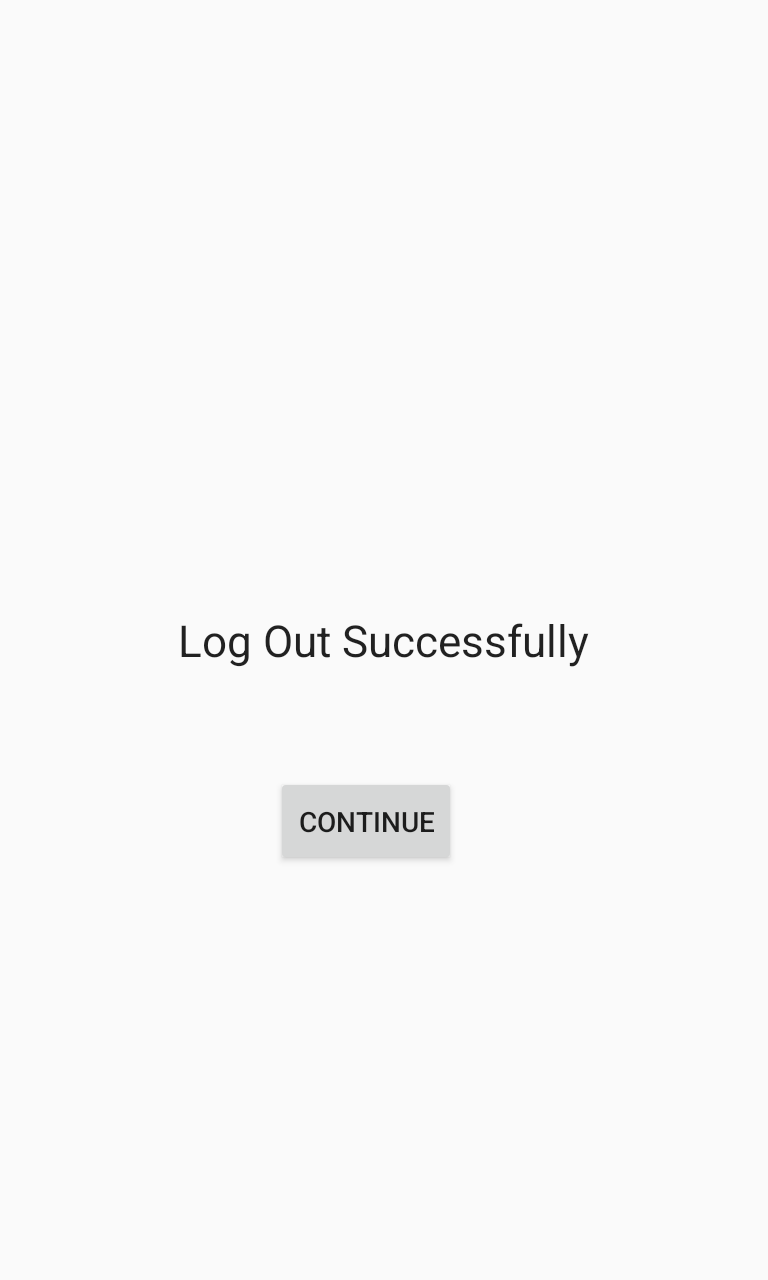
Repository: uditha2233/Anything
Layout: Local Android/AnyThing/AnyThing/res/layout/fragment_log_out.xml
The author's editor kept a copy of each file at every save. The layout is drawn from the files as they stood at one save, then again after the next save.
It is drawn on a 768 x 1280 px phone screen (xhdpi) without system bars, with theme AppTheme; the app's code is not run.

Above is the layout before, as saved 2014-05-29 08:29:27.

After the next save:
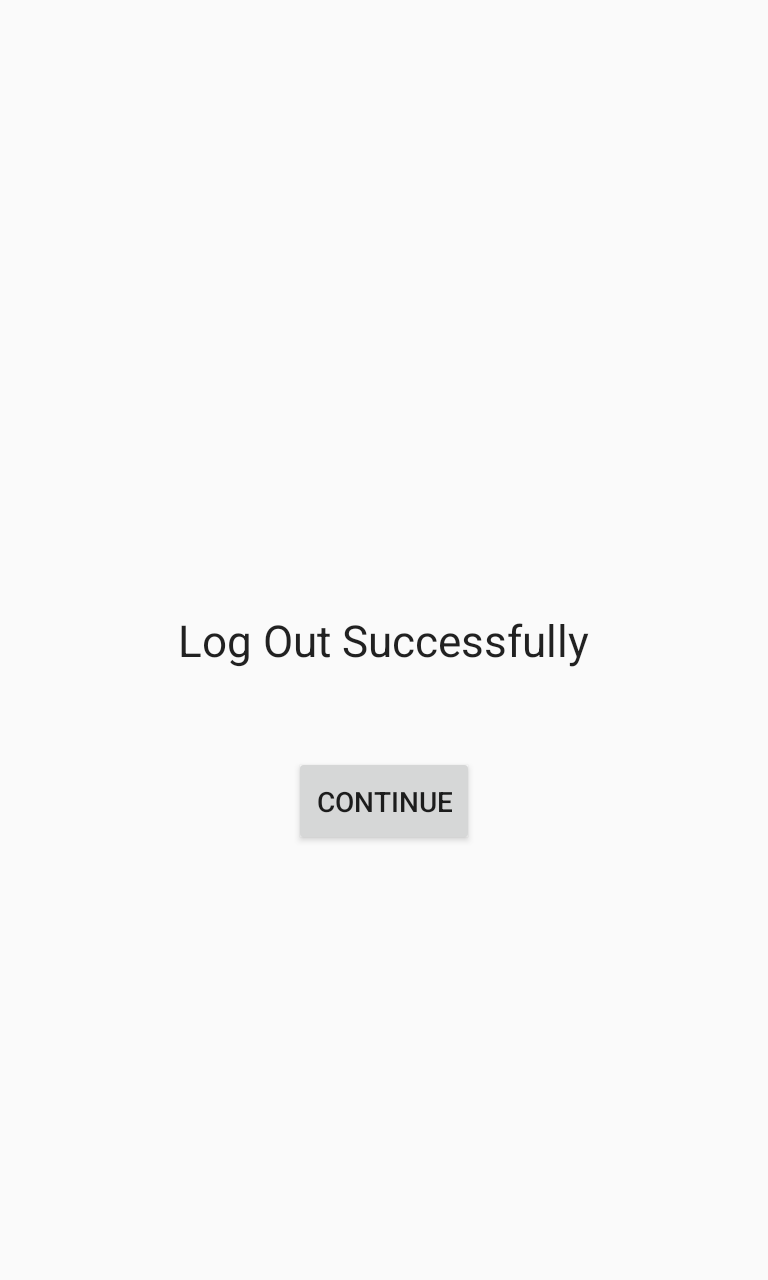
Saved 64 s later.
--- a/Local Android/AnyThing/AnyThing/res/layout/fragment_log_out.xml
+++ b/Local Android/AnyThing/AnyThing/res/layout/fragment_log_out.xml
@@ -21,11 +21,10 @@
         android:id="@+id/button1"
         android:layout_width="wrap_content"
         android:layout_height="wrap_content"
-        android:layout_alignLeft="@+id/textView1"
         android:layout_below="@+id/textView1"
-        android:layout_marginLeft="48dp"
-        android:layout_marginTop="52dp"
-        android:onClick="logOut"
-        android:text="@string/cont" />
+        android:layout_centerHorizontal="true"
+        android:layout_marginTop="42dp"
+        android:text="@string/cont"
+        android:onClick="logOut" />
 
 </RelativeLayout>
